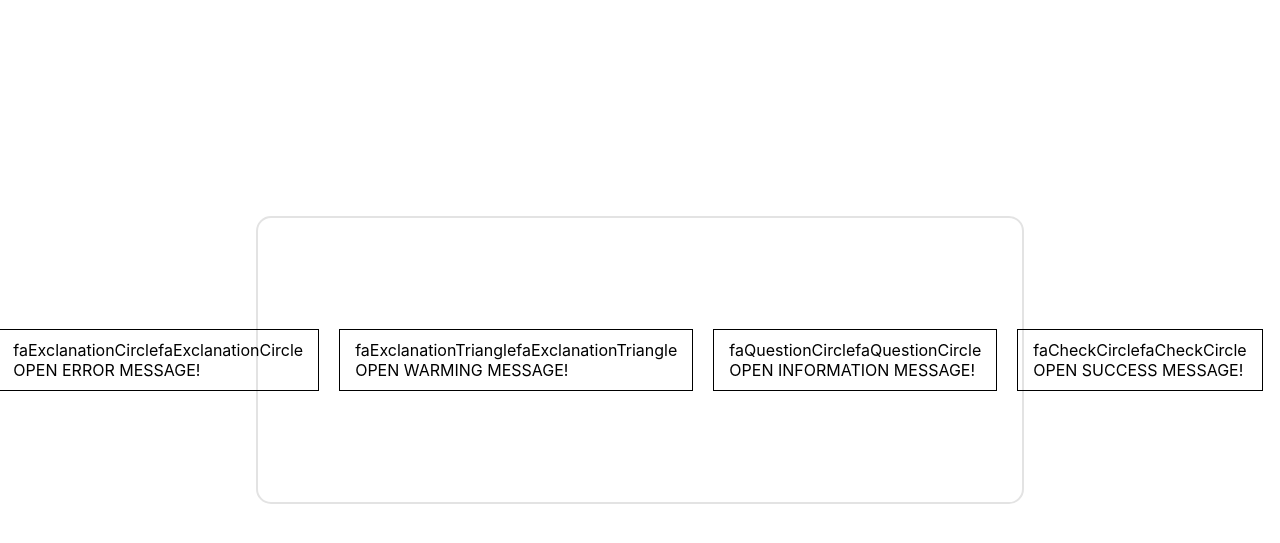
Repository: KrzysKolo/sr_tydzien5_zad2
Page: /
The author's editor kept a copy of each file at every save. The page is drawn from the files as they stood at one save, then again after the next save.
The browser window is 1280 px wide. The pictures show the whole page.
The project was rebuilt for these pictures with package versions that can differ from the ones it lists, and the page was loaded fresh each time.

Above is the page before, as saved 2020-12-21 16:45:46.

After the next save:
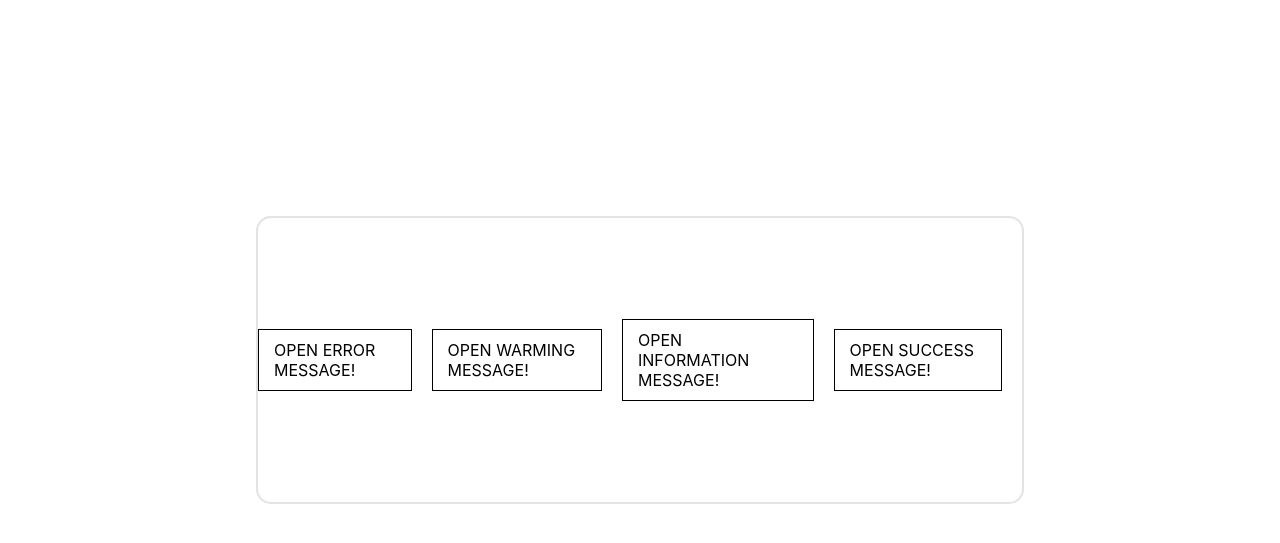
Saved 101 s later.
--- a/src/components/Button.js
+++ b/src/components/Button.js
@@ -8,8 +8,8 @@ const Button = ({data}) => {
 
     return (
         <div className="btn">
-            {data.icon}
-            <FontAwesomeIcon icon={data.icon} />{data.icon} {data.name}
+            {data.icon ? <FontAwesomeIcon icon={data.icon} /> : "asa"}
+             {data.name}
         </div>
     )
 }
